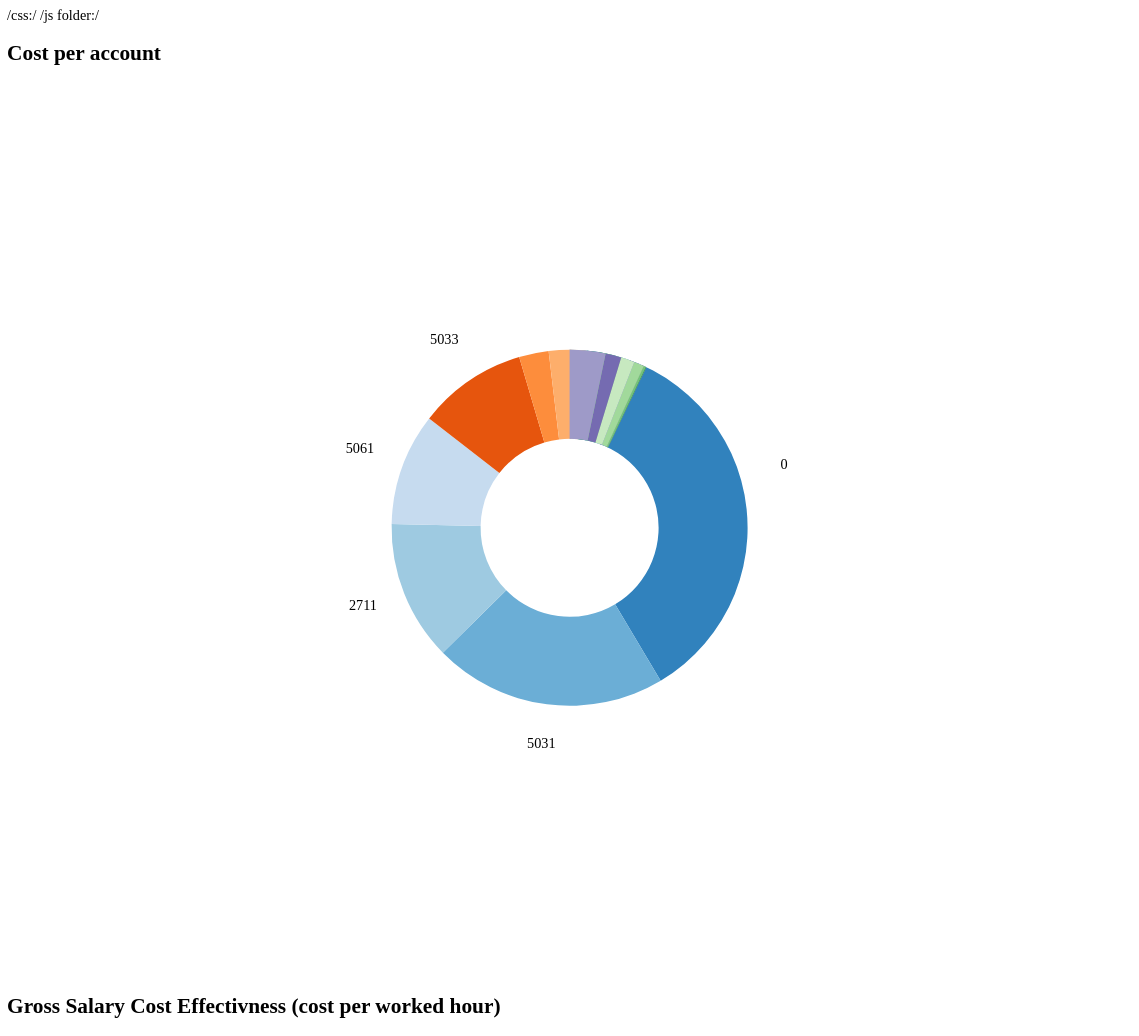
Repository: Code-Institute-Submissions/danfiliphoff-Milestoneproject-2
Page: account.html
The author's editor kept a record of every edit. The page is drawn from the files as they stood at one moment, then again after the next edit.
The browser window is 1280 px wide. The pictures show the whole page, at 89% of full size.

Above is the page before.

After the next edit:
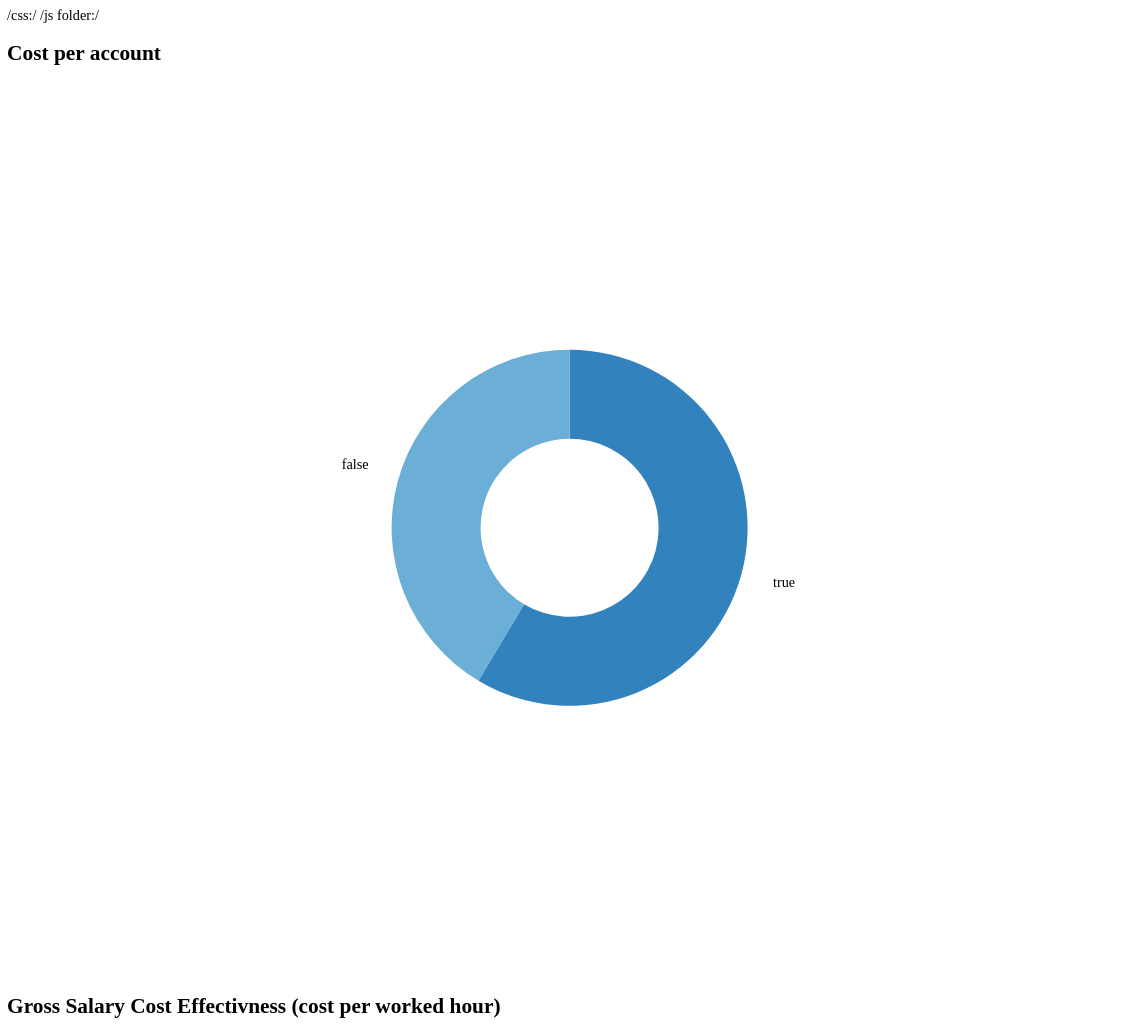
The edit:
--- a/static/js/account.js
+++ b/static/js/account.js
@@ -31,8 +31,9 @@
 /*5031*/
 
 function cost_per_account(ndx) {
-    var cost_per_account_dim = ndx.dimension(dc.pluck("Account"));
-    cost_per_account_dim.top(5);
+   /* var cost_per_account_dim = ndx.dimension(dc.pluck("Account"));*/
+    var cost_per_account_dim = ndx.dimension(function(d) {return d.Account > 0;});
+    console.log(cost_per_account_dim);
     var cost_per_account_group = cost_per_account_dim.group().reduceSum(dc.pluck('Sum'));
 
     dc.pieChart('#cost-per-account')
